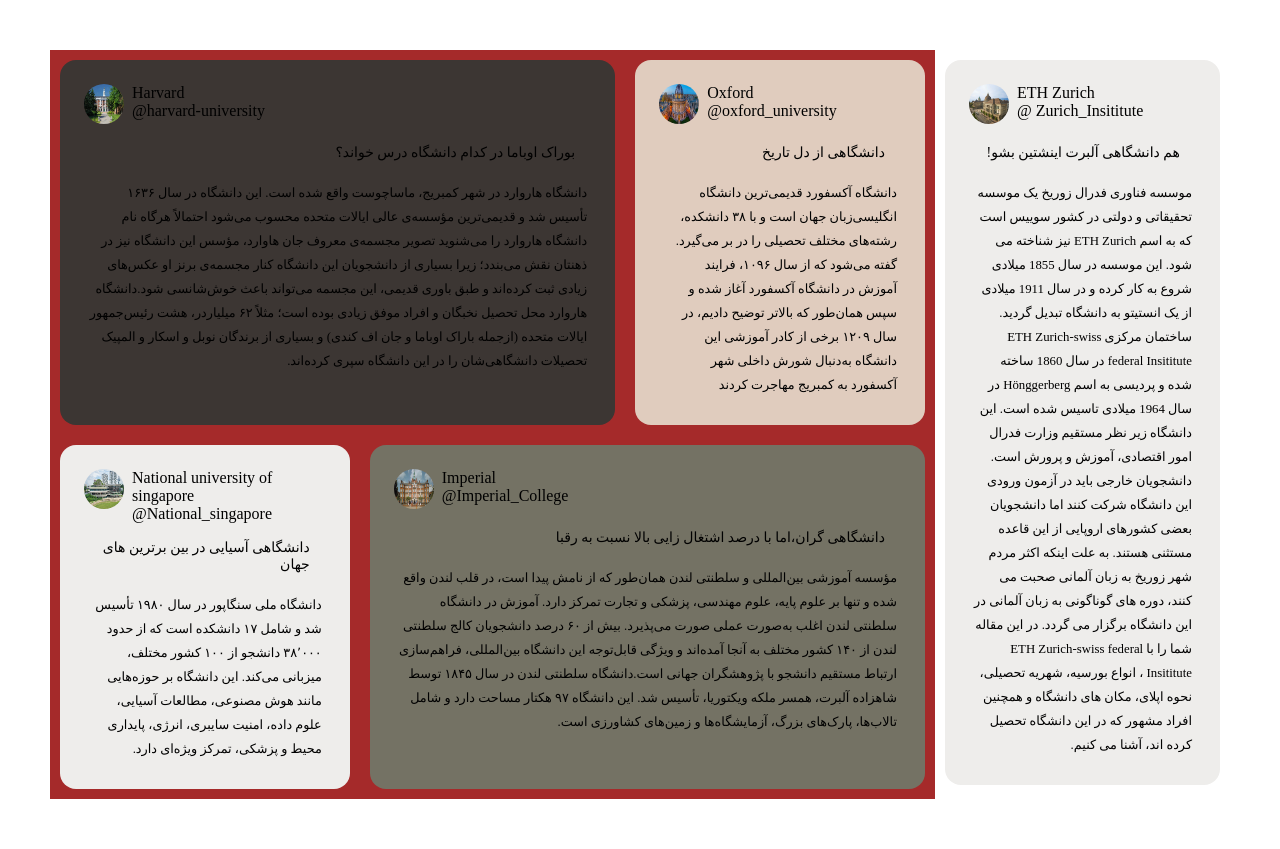
Repository: rahanwz/cards
Page: cards.html
These files come from the project's save history. The page is drawn as it stood at one moment and after a run of saves; the edit follows.
The browser window is 1280 px wide. The pictures show the whole page.

Above is the page before, as saved 2024-02-17 14:59:57.

### cards.html
<!DOCTYPE html>
<html lang="en">
  <head>
    <meta charset="UTF-8" />
    <meta name="viewport" content="width=device-width, initial-scale=1.0" />
    <title>Document</title>
    <link rel="stylesheet" href="cards.css" />
  </head>
  <body>
    <div class="container">
      <div class="boxcard1">
        <div class="cardcontainer big-card">
          <div class="card1">
            <div class="head">
              <div class="profile">
                <div class="profilecontaner">
                  <img
                    src="harvard-university-6591e0b9df73096be8d614ee.webp"
                    alt=""
                  />
                </div>
              </div>

              <div>
                <div class="user">Harvard</div>
                <div class="id">@harvard-university</div>
              </div>
            </div>
            <div class="descrip1">بوراک اوباما در کدام دانشگاه درس خواند؟</div>
            <div class="descrip2">
              دانشگاه هاروارد در شهر کمبریج، ماساچوست واقع شده است. این دانشگاه
              در سال ۱۶۳۶ تأسیس شد و قدیمی‌ترین مؤسسه‌ی عالی ایالات متحده محسوب
              می‌شود احتمالاً هرگاه نام دانشگاه هاروارد را می‌شنوید تصویر
              مجسمه‌ی معروف جان هاوارد، مؤسس این دانشگاه نیز در ذهنتان نقش
              می‌بندد؛ زیرا بسیاری از دانشجویان این دانشگاه کنار مجسمه‌ی برنز او
              عکس‌های زیادی ثبت کرده‌اند و طبق باوری قدیمی، این مجسمه می‌تواند
              باعث خوش‌شانسی شود.دانشگاه هاروارد محل تحصیل نخبگان و افراد موفق
              زیادی بوده است؛ مثلاً ۶۲ میلیاردر، هشت‌ رئیس‌جمهور ایالات متحده
              (ازجمله باراک اوباما و جان اف کندی) و بسیاری از برندگان نوبل و
              اسکار و المپیک تحصیلات دانشگاهی‌شان را در این دانشگاه سپری
              کرده‌اند.
            </div>
          </div>
        </div>

        <div class="cardcontainer small-card">
          <div class="card2">
            <div class="head">
              <div class="profile">
                <div class="profilecontaner">
                  <img
                    src="oxford-university-jpg-6591b422df73096be8d6145c.webp"
                    alt=""
                  />
                </div>
              </div>
              <div>
                <div class="user">Oxford</div>
                <div class="id">@oxford_university</div>
              </div>
            </div>
            <div class="descrip1">دانشگاهی از دل تاریخ</div>
            <div class="descrip2">
              دانشگاه آکسفورد قدیمی‌ترین دانشگاه انگلیسی‌زبان جهان است و با ۳۸
              دانشکده، رشته‌های مختلف تحصیلی را در بر می‌گیرد. گفته می‌شود که از
              سال ۱۰۹۶، فرایند آموزش در دانشگاه آکسفورد آغاز شده و سپس همان‌طور
              که بالاتر توضیح دادیم، در سال ۱۲۰۹ برخی از کادر آموزشی این دانشگاه
              به‌دنبال شورش داخلی شهر آکسفورد به کمبریج مهاجرت کردند
            </div>
          </div>
        </div>

        <div class="cardcontainer small-card">
          <div class="card3">
            <div class="head">
              <div class="profile">
                <div class="profilecontaner">
                  <img src="nus-6591f1acdf73096be8d61515.webp" alt="" />
                </div>
              </div>

              <div>
                <div class="user">National university of singapore</div>
                <div class="id">@National_singapore</div>
              </div>
            </div>
            <div class="descrip1">دانشگاهی آسیایی در بین برترین های جهان</div>
            <div class="descrip2">
              دانشگاه ملی سنگاپور در سال ۱۹۸۰ تأسیس شد و شامل ۱۷ دانشکده‌ است که
              از حدود ۳۸٬۰۰۰ دانشجو از ۱۰۰ کشور مختلف، میزبانی می‌کند. این
              دانشگاه بر حوزه‌هایی مانند هوش مصنوعی، مطالعات آسیایی، علوم داده،
              امنیت سایبری، انرژی، پایداری محیط و پزشکی، تمرکز ویژه‌ای دارد.
            </div>
          </div>
        </div>
        <div class="cardcontainer big-card">
          <div class="card4">
            <div class="head">
              <div class="profile">
                <div class="profilecontaner">
                  <img
                    src="imperial-college-london-6591e911df73096be8d614fb.webp"
                    alt=""
                  />
                </div>
              </div>

              <div>
                <div class="user">Imperial</div>
                <div class="id">@Imperial_College</div>
              </div>
            </div>
            <div class="descrip1">
              دانشگاهی گران،اما با درصد اشتغال زایی بالا نسبت به رقبا
            </div>
            <div class="descrip2">
              مؤسسه آموزشی بین‌المللی و سلطنتی لندن همان‌طور که از نامش پیدا
              است، در قلب لندن واقع شده و تنها بر علوم پایه، علوم مهندسی، پزشکی
              و تجارت تمرکز دارد. آموزش در دانشگاه سلطنتی لندن اغلب به‌صورت عملی
              صورت می‌پذیرد. بیش از ۶۰ درصد دانشجویان کالج سلطنتی لندن از ۱۴۰
              کشور مختلف به آنجا آمده‌اند و ویژگی قابل‌توجه این دانشگاه
              بین‌المللی، فراهم‌سازی ارتباط مستقیم دانشجو با پژوهشگران جهانی
              است.دانشگاه سلطنتی لندن در سال ۱۸۴۵ توسط شاهزاده آلبرت، همسر ملکه
              ویکتوریا، تأسیس شد. این دانشگاه ۹۷ هکتار مساحت دارد و شامل
              تالاب‌ها، پارک‌های بزرگ، آزمایشگاه‌ها و زمین‌های کشاورزی است.
            </div>
          </div>
        </div>
      </div>
      <div class="boxcard2">
        <div class="cardcontainer">
          <div class="card5">
            <div class="head">
              <div class="profile">
                <div class="profilecontaner">
                  <img src="zurich-eth-6591f083df73096be8d6150c.webp" alt="" />
                </div>
              </div>

              <div>
                <div class="user">ETH Zurich</div>
                <div class="id">@ Zurich_Insititute</div>
              </div>
            </div>
            <div class="descrip1" style=" ">هم دانشگاهی آلبرت اینشتین بشو!</div>
            <div class="descrip2">
              موسسه فناوری فدرال زوریخ یک موسسه تحقیقاتی و دولتی در کشور سوییس
              است که به اسم ETH Zurich نیز شناخته می شود. این موسسه در سال 1855
              میلادی شروع به کار کرده و در سال 1911 میلادی از یک انستیتو به
              دانشگاه تبدیل گردید. ساختمان مرکزی ETH Zurich-swiss federal
              Insititute در سال 1860 ساخته شده و پردیسی به اسم Hönggerberg در
              سال 1964 میلادی تاسیس شده است. این دانشگاه زیر نظر مستقیم وزارت
              فدرال امور اقتصادی، آموزش و پرورش است. دانشجویان خارجی باید در
              آزمون ورودی این دانشگاه شرکت کنند اما دانشجویان بعضی کشورهای
              اروپایی از این قاعده مستثنی هستند. به علت اینکه اکثر مردم شهر
              زوریخ به زبان آلمانی صحبت می کنند، دوره های گوناگونی به زبان
              آلمانی در این دانشگاه برگزار می گردد. در این مقاله شما را با ETH
              Zurich-swiss federal Insititute ، انواع بورسیه، شهریه تحصیلی، نحوه
              اپلای، مکان های دانشگاه و همچنین افراد مشهور که در این دانشگاه
              تحصیل کرده اند، آشنا می کنیم.
            </div>
          </div>
        </div>
      </div>
    </div>
  </body>
</html>

### cards.css
* {
  padding: 0;
  margin: 0;
  box-sizing: border-box;
}

.container {
  display: flex;
  flex-direction: column;
  width: 100%;
  height: auto;
  padding: 3rem 2.5rem;
}

.head {
  display: flex;
}

.cardcontainer {
  width: 100%;
  padding: 10px;
}

.card1 {
  background-color: #3c3633;
  padding: 1.5rem;
  border-radius: 1rem;
}
.profile img {
  width: 40px;
  height: 40px;
  margin-right: 0.5rem;
  border-radius: 50%;
}

.descrip {
  padding-top: 1.5rem;
}

.card2 {
  background-color: #e0ccbe;
  padding: 1.5rem;
  border-radius: 1rem;
}
.card3 {
  background-color: #eeedeb;
  padding: 1.5rem;
  border-radius: 1rem;
}
.card4 {
  padding: 1.5rem;
  border-radius: 1rem;
  background-color: #747264;
}

.card5 {
  background-color: #eeedeb;
  padding: 1.5rem;
  border-radius: 1rem;
}

@media (min-width: 1024px) {
  .container {
    flex-direction: row;
    padding: 50px;
    height: 100%;
  }

  .boxcard1 {
    display: flex;
    width: 75%;
    height:20%;
    flex-wrap: wrap;
    background-color: brown;
  }

  .boxcard2 {
    width: 25%;
      height: 65%;
  }

  .big-card {
    width: 65%;
  }
  .small-card {
    width: 35%;
  }
  .card1,.card2,.card3,.card4,.card5{
    height: 100%;
  }

}
.descrip1,
.descrip2 {
  direction: rtl;
}

.descrip1{
 font-size:14px;
 padding: 1rem;

}

.descrip2{
  padding: .25rem;
  font-size:.80rem;
  line-height:1.5rem;
}

After the next 2 saves:
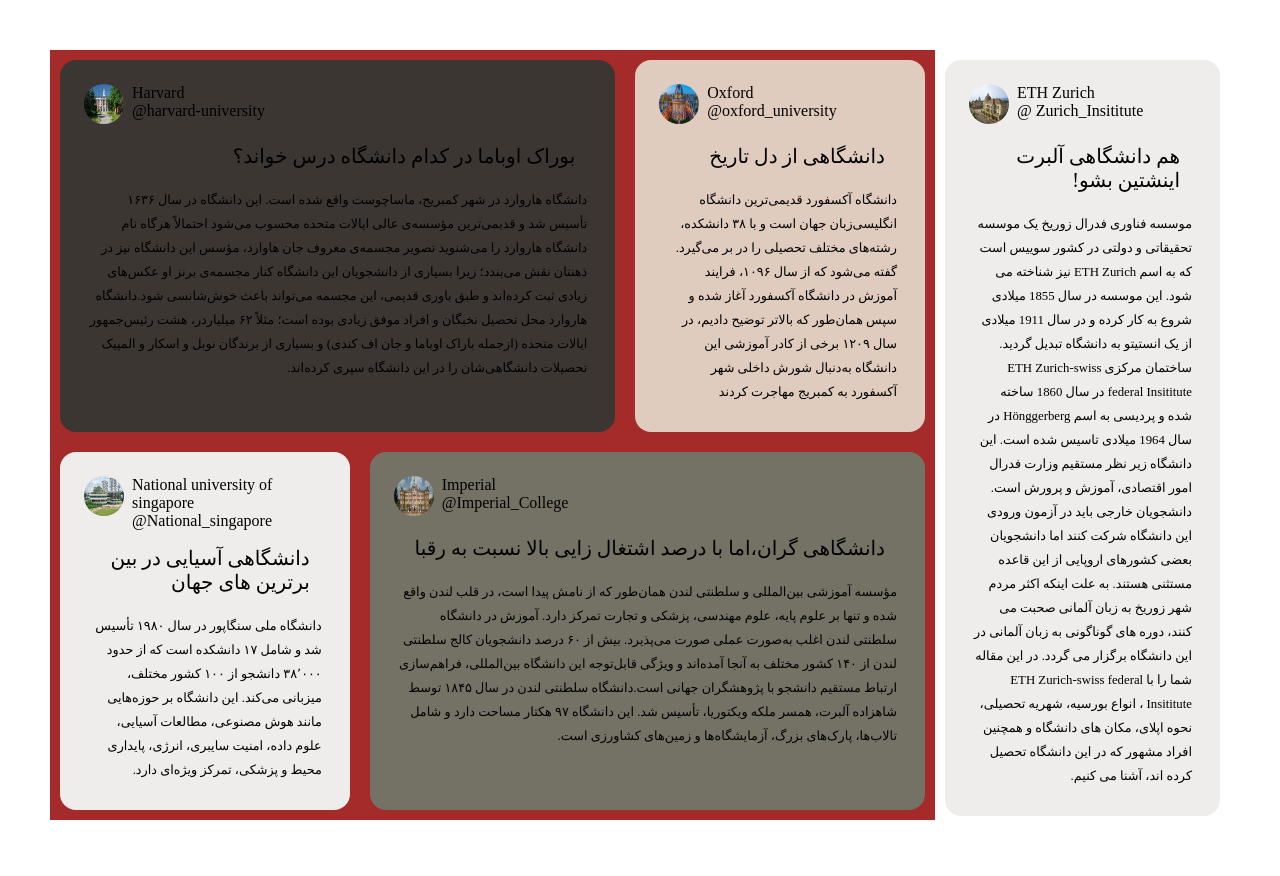
The 2 saves are shown as one change because they came seconds apart.
The last was saved 13 s later.
--- a/cards.css
+++ b/cards.css
@@ -96,7 +96,7 @@
 }
 
 .descrip1{
- font-size:14px;
+ font-size:1.25rem;
  padding: 1rem;
 
 }
